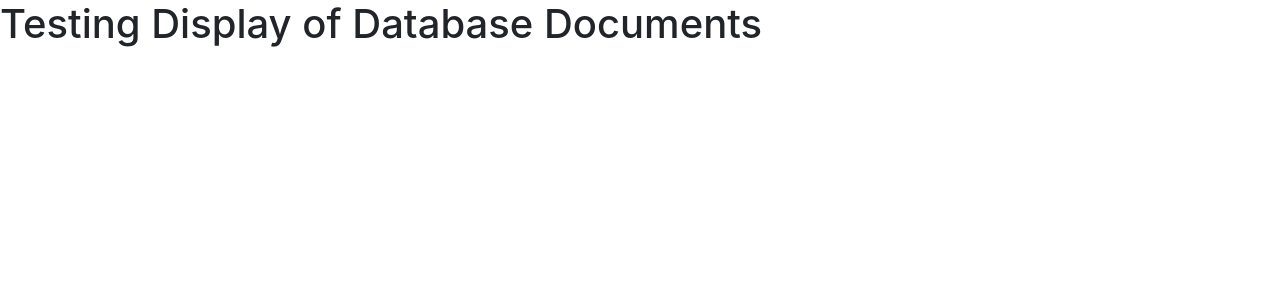
Repository: amcali/project-3
Page: http://localhost/
The author's editor kept a record of every edit. The page is drawn from the files as they stood at one moment, then again after the next edit.
The browser window is 1280 px wide. The pictures show the whole page.
The page is served by the project's application, run on Flask 3 (app.py).

Above is the page before.

### templates/index.template.html
<!doctype html>
<html lang="en">
  <head>
    <!-- Required meta tags -->
    <meta charset="utf-8">
    <meta name="viewport" content="width=device-width, initial-scale=1, shrink-to-fit=no">

    <!-- Bootstrap CSS -->
    <link rel="stylesheet" href="https://stackpath.bootstrapcdn.com/bootstrap/4.3.1/css/bootstrap.min.css" integrity="sha384-ggOyR0iXCbMQv3Xipma34MD+dH/1fQ784/j6cY/iJTQUOhcWr7x9JvoRxT2MZw1T" crossorigin="anonymous">

    <title>Hello, world!</title>
  </head>
  <body>
    <h1>Testing Display of Database Documents</h1>

    <div class="container">

    </div>
    <!-- Optional JavaScript -->
    <!-- jQuery first, then Popper.js, then Bootstrap JS -->
    <script src="https://code.jquery.com/jquery-3.3.1.slim.min.js" integrity="sha384-q8i/X+965DzO0rT7abK41JStQIAqVgRVzpbzo5smXKp4YfRvH+8abtTE1Pi6jizo" crossorigin="anonymous"></script>
    <script src="https://cdnjs.cloudflare.com/ajax/libs/popper.js/1.14.7/umd/popper.min.js" integrity="sha384-UO2eT0CpHqdSJQ6hJty5KVphtPhzWj9WO1clHTMGa3JDZwrnQq4sF86dIHNDz0W1" crossorigin="anonymous"></script>
    <script src="https://stackpath.bootstrapcdn.com/bootstrap/4.3.1/js/bootstrap.min.js" integrity="sha384-JjSmVgyd0p3pXB1rRibZUAYoIIy6OrQ6VrjIEaFf/nJGzIxFDsf4x0xIM+B07jRM" crossorigin="anonymous"></script>
  </body>
</html>

### app.py
from flask import Flask, render_template, request, redirect, url_for
import pymongo
import os

app = Flask(__name__)

# Flask Routes Begin Here
@app.route('/')
def home():
    return render_template('index.template.html')

@app.route('/restaurants')
def restaurants():
    return render_template('restaurants.template.html')

@app.route('/add_restaurant')
def add_restaurant():
    return render_template('add-restaurant.template.html')


# 1. Retrieve the environment variables
MONGO_URI = os.getenv('MONGO_URI')
DATABASE_NAME = 'restaurant_reviews'

# 2. Create the connection
conn = pymongo.MongoClient(MONGO_URI)

# 3. Query
# doc = conn[DATABASE_NAME]["listingsAndReviews"].find({
#     'address.country':'Canada'
# }).limit(10)

# for d in doc:
#     print("Name:", d['name'])
#     print("Price: $", d['price'])
#     print('-------')

# "magic code" -- boilerplate
if __name__ == '__main__':
   app.run(host=os.environ.get('IP'),
           port=int(os.environ.get('PORT')),
           debug=True)

After the next edit:
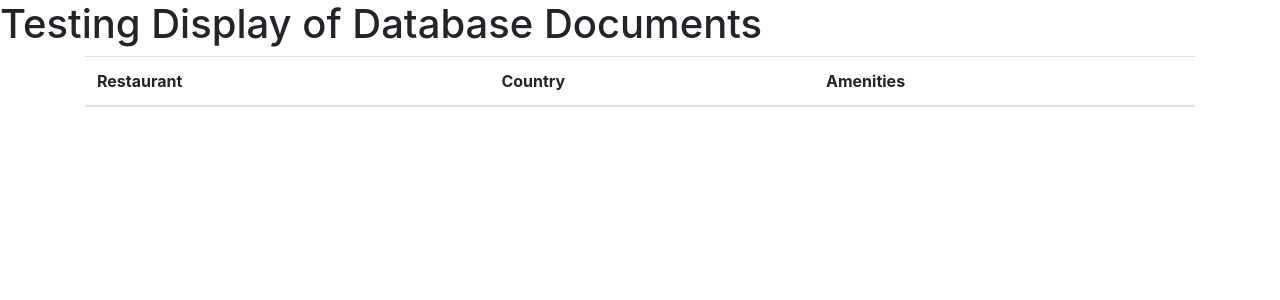
The edit:
--- a/templates/index.template.html
+++ b/templates/index.template.html
@@ -14,6 +14,34 @@
     <h1>Testing Display of Database Documents</h1>
 
     <div class="container">
+        <table class='table'>
+            <thead>
+                <tr>
+                    <th>Restaurant</th>
+
+                    <th>Country</th>
+
+                    <th>Amenities</th>
+                </tr>
+            </thead>
+            {% for each_result in results %}
+            <tr>
+                <td>
+                    {{ each_result["name"] }}
+                </td>
+                <td>
+                    {{ each_result["address"]["country"] }}
+                </td>
+                <td>
+                    {% for each_amentity in each_result['amenities'] %}
+                    <span>{{each_amentity }}</span>,
+                    {%endfor%}
+                </td>
+            </tr>
+            {%endfor%}
+        </table>
+
+
 
     </div>
     <!-- Optional JavaScript -->
